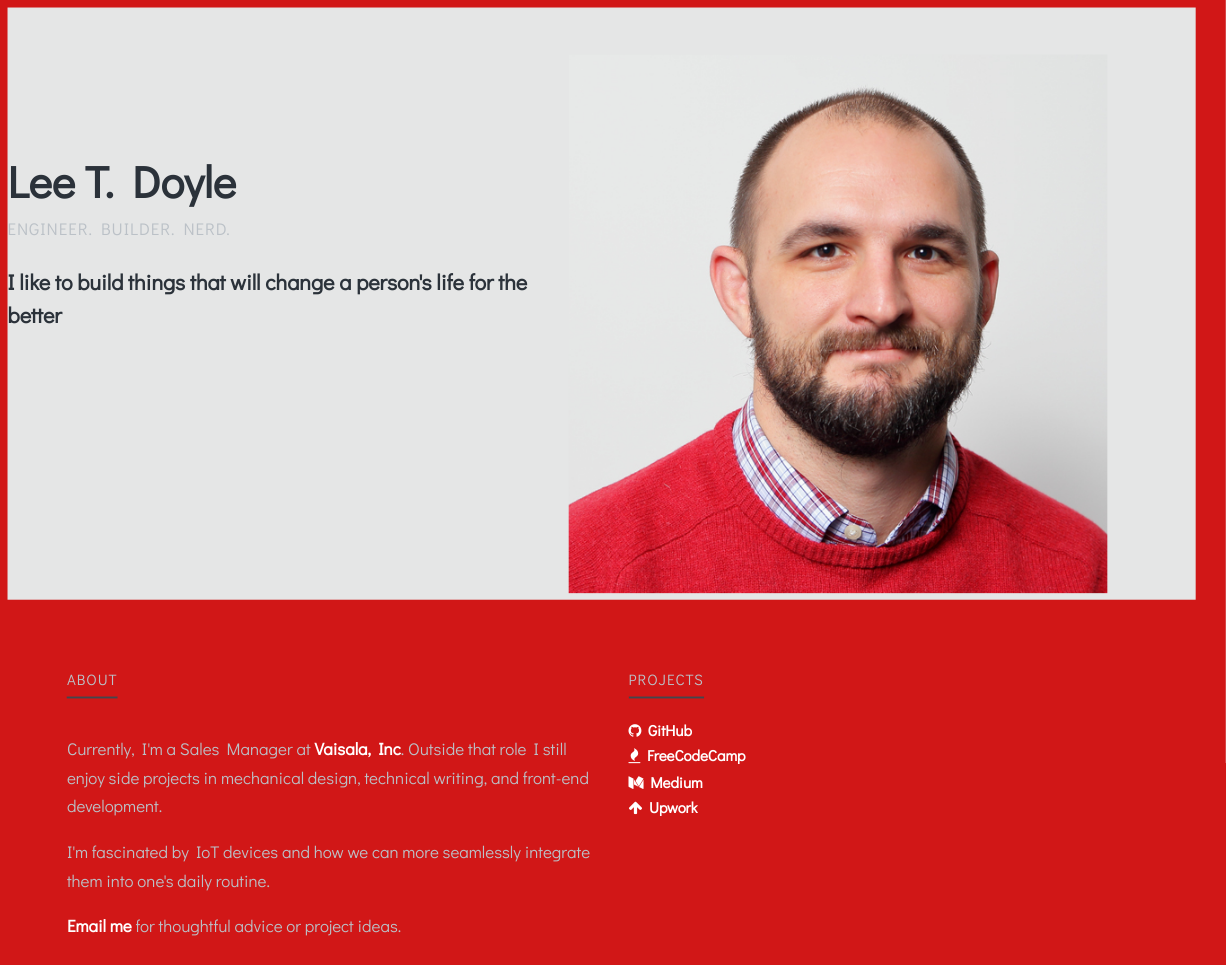
Repository: ldoyle0/ldoyle0.github.io
Page: index.html
The author's editor kept a record of every edit. The page is drawn from the files as they stood at one moment, then again after the next edit.
The browser window is 1280 px wide. The page is 1304 px wide, then 1280 px, so the pictures cover 1304 px, including what lies to the right of the window. The pictures show the whole page, at 94% of full size.
Some web libraries are served in a nearby version.

Above is the page before.

After the next edit:
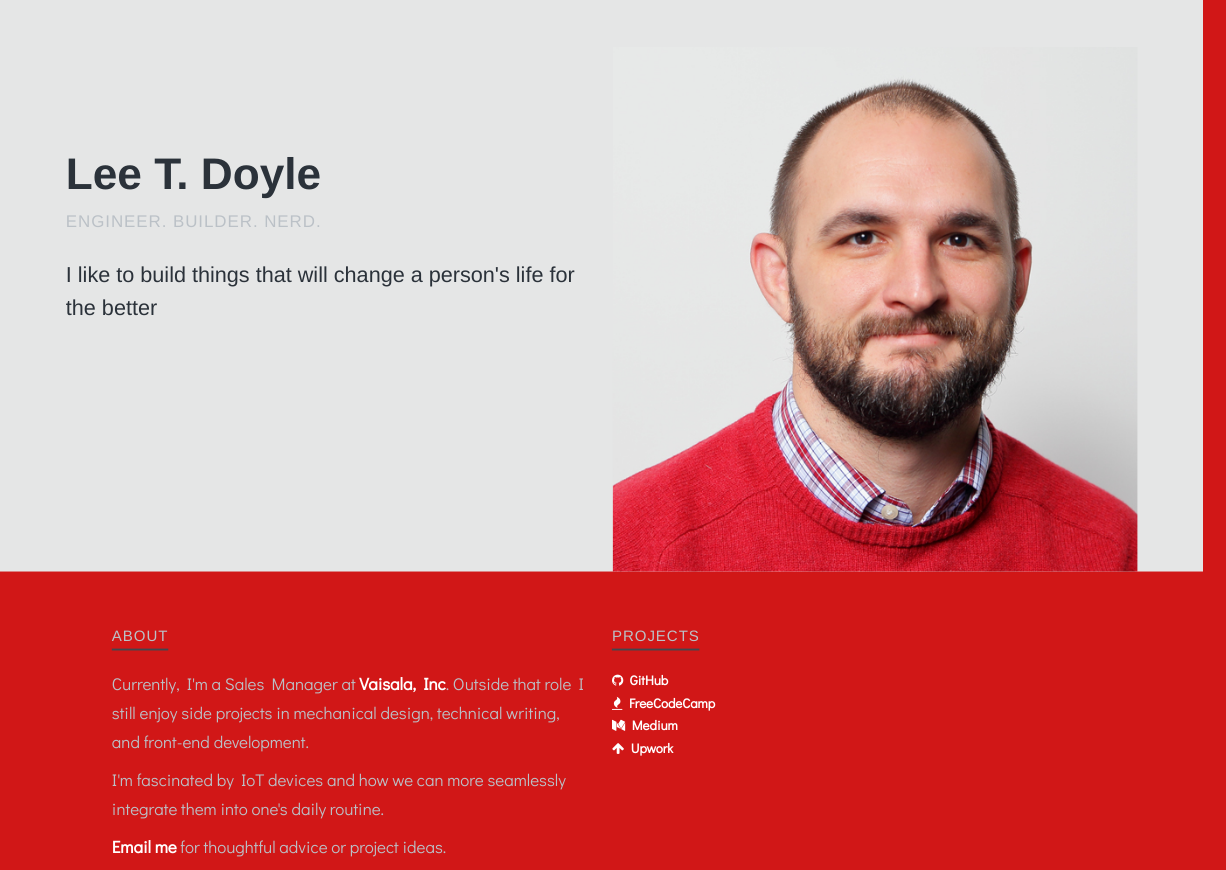
The edit:
--- a/css/style.css
+++ b/css/style.css
@@ -1,4 +1,4 @@
-@import "bootstrap-responsive.css";
+@import "bootstrap.min.css";
 
 /*
 color scheme
